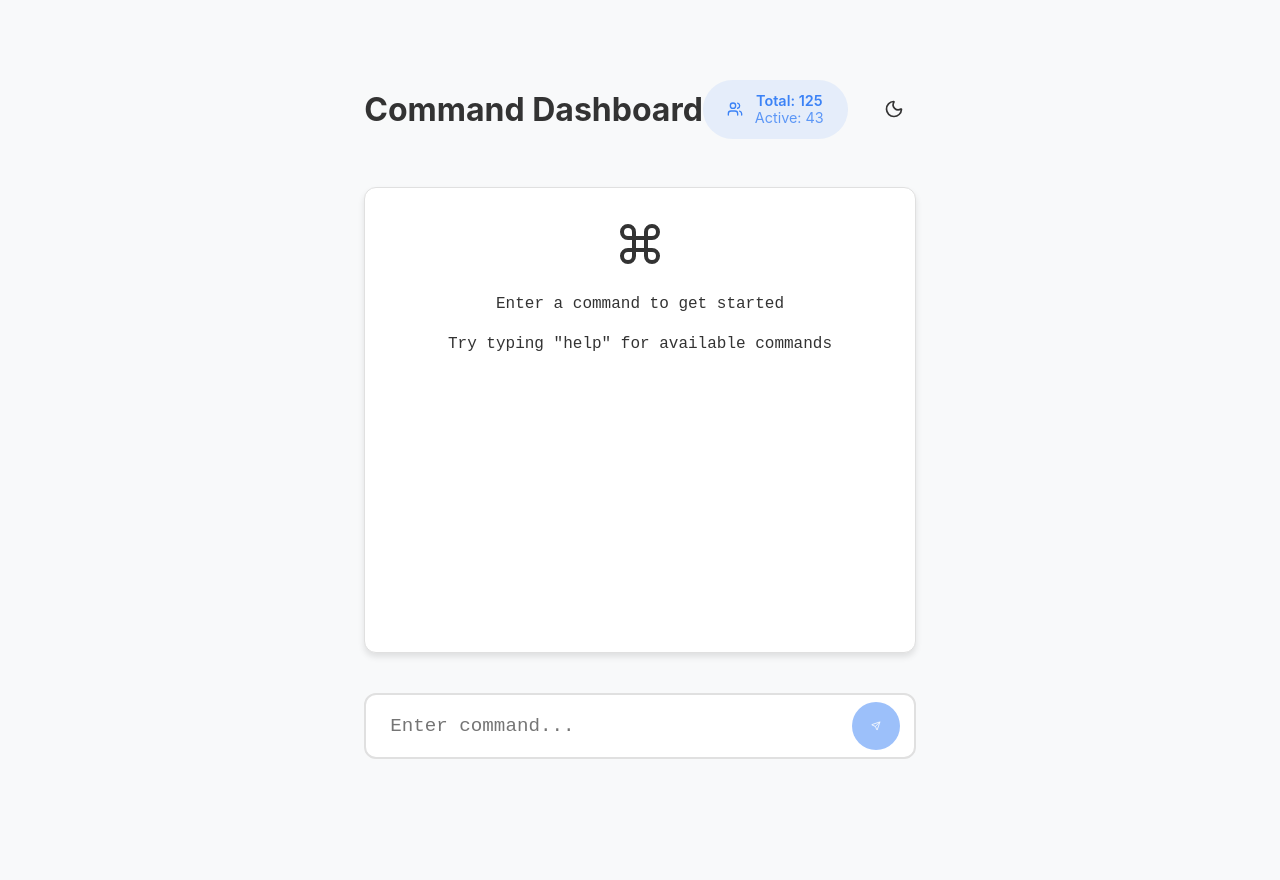
Repository: nipuntaneja05/Discord-role-bot
Page: / (app in frontend/)
An editor plug-in stored every save of this project. The page is shown before and after the next save, followed by the edit.
The browser window is 1280 px wide. The pictures show the whole page.
The project was rebuilt for these pictures with package versions that can differ from the ones it lists, and the page was loaded fresh each time. Also part of the build but not shown: frontend/vite.config.js, frontend/src/App.jsx.

Above is the page before, as saved 2025-03-11 20:16:37.

After the next save:
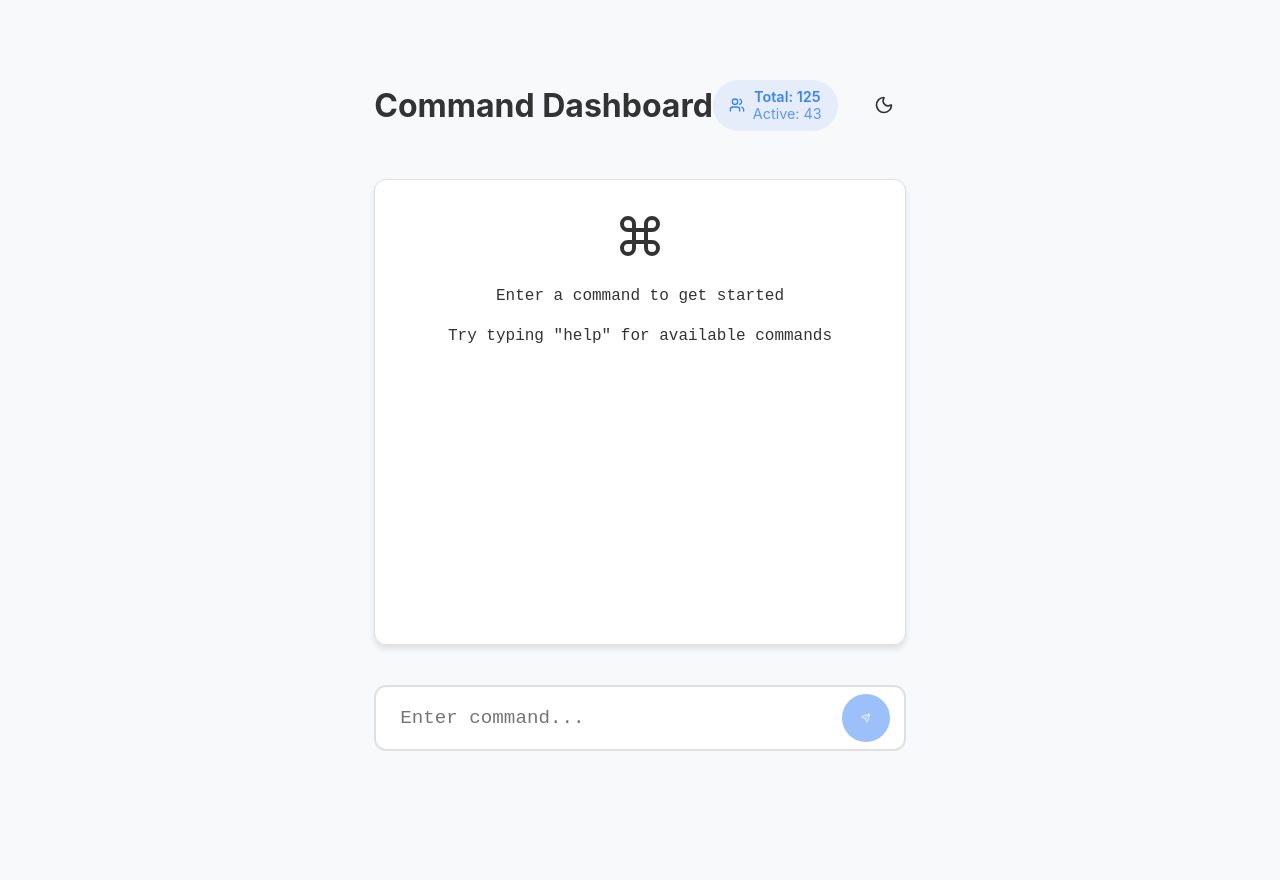
Saved 2 min 45 s later.
--- a/frontend/src/components/Dashboard.css
+++ b/frontend/src/components/Dashboard.css
@@ -58,27 +58,29 @@ body {
     margin: 0;
 }
 
+/* User stats styles */
 .user-stats {
     display: flex;
     align-items: center;
-    gap: 1.5rem; /* Increased gap between elements */
+    gap: 1.5rem; /* Space between elements */
+    margin-left: auto; /* Push the user-stats container to the right */
 }
 
 .user-counter {
     display: flex;
     align-items: center;
-    gap: 0.75rem; /* Increased gap */
+    gap: 0.5rem; /* Space between icon and text */
     background-color: rgba(59, 130, 246, 0.1);
     color: var(--primary-color);
-    padding: 0.75rem 1.5rem; /* Increased padding */
+    padding: 0.5rem 1rem; /* Smaller padding */
     border-radius: 2rem;
+    font-size: 0.9rem; /* Smaller font size */
     animation: pulse 2s infinite;
 }
 
 .user-numbers {
     display: flex;
     flex-direction: column;
-    font-size: 0.9rem; /* Slightly larger font size */
     line-height: 1.2;
 }
 
